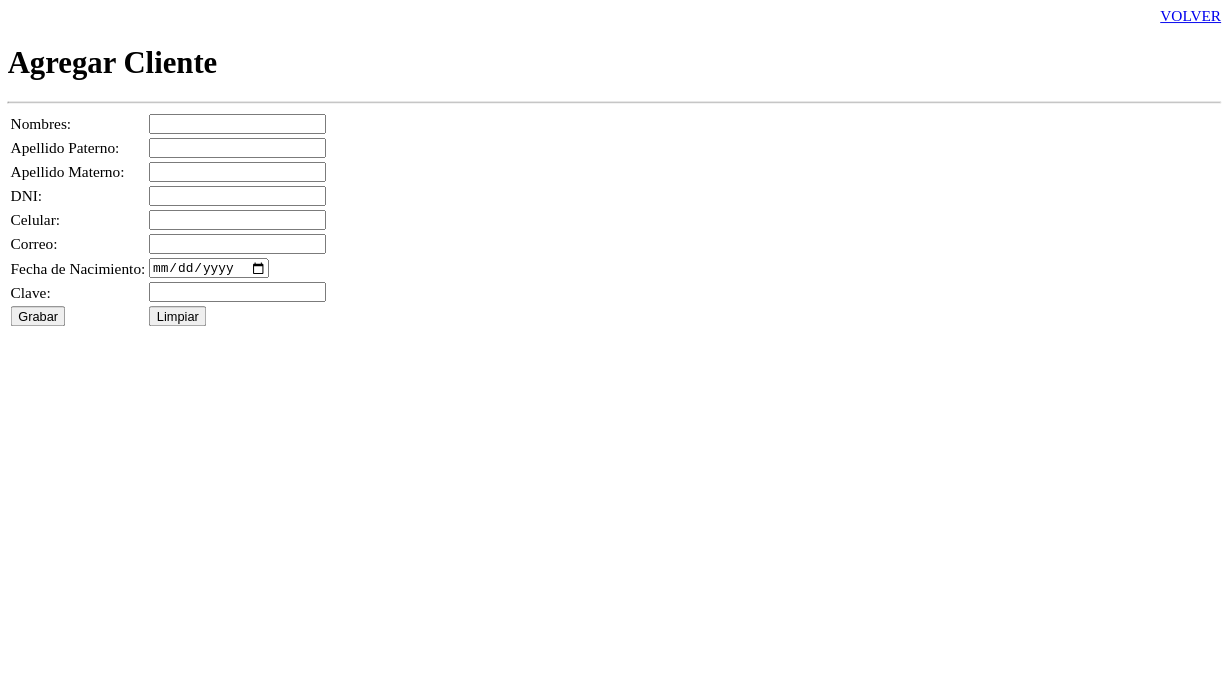
Repository: FeoRosonskiDev/losgudyob-zopilote
Page: http://localhost/web-integrado-ws1/Cliente/agregarCliente.jsp
An editor plug-in stored every save of this project. The page is shown before and after the next save, followed by the edit.
The browser window is 1280 px wide. The pictures show the whole page, at 96% of full size.
Pictures or frames that could not be fetched are drawn as grey boxes. The page is served by Tomcat 9.

Above is the page before, as saved 2019-07-06 00:21:57.

After the next save:
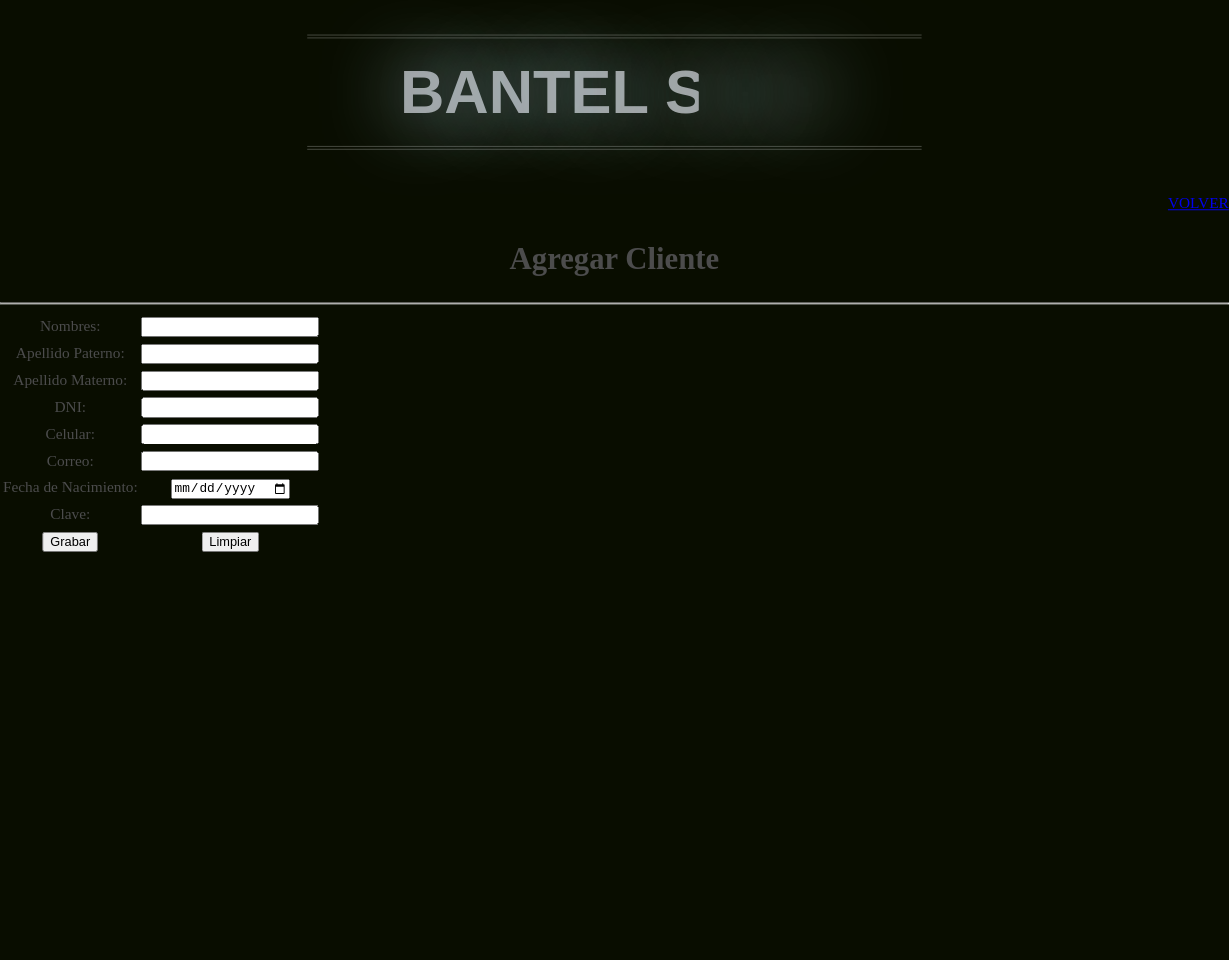
Saved 2 min 54 s later.
--- a/web-integrado-ws1/src/main/webapp/Cliente/agregarCliente.jsp
+++ b/web-integrado-ws1/src/main/webapp/Cliente/agregarCliente.jsp
@@ -5,12 +5,21 @@
 <html>
 	<head>
 		<title>Simple JSP Application</title>
-
+		<link href="css/Title.css" rel="stylesheet" type="text/css"/>
+        <link href="css/container.css" rel="stylesheet" type="text/css"/>
 	</head>
 	<body>
+		<div id="Header">
+            <p>
+                <span>
+                    Bantel S.A.C
+                </span>
+            </p>
+        </div>
 
 		<div align="right">
 			<a href="${pageContext.servletContext.contextPath}/index.jsp"> VOLVER </a>
+
 		</div>
 
 		<h1>Agregar Cliente</h1>
